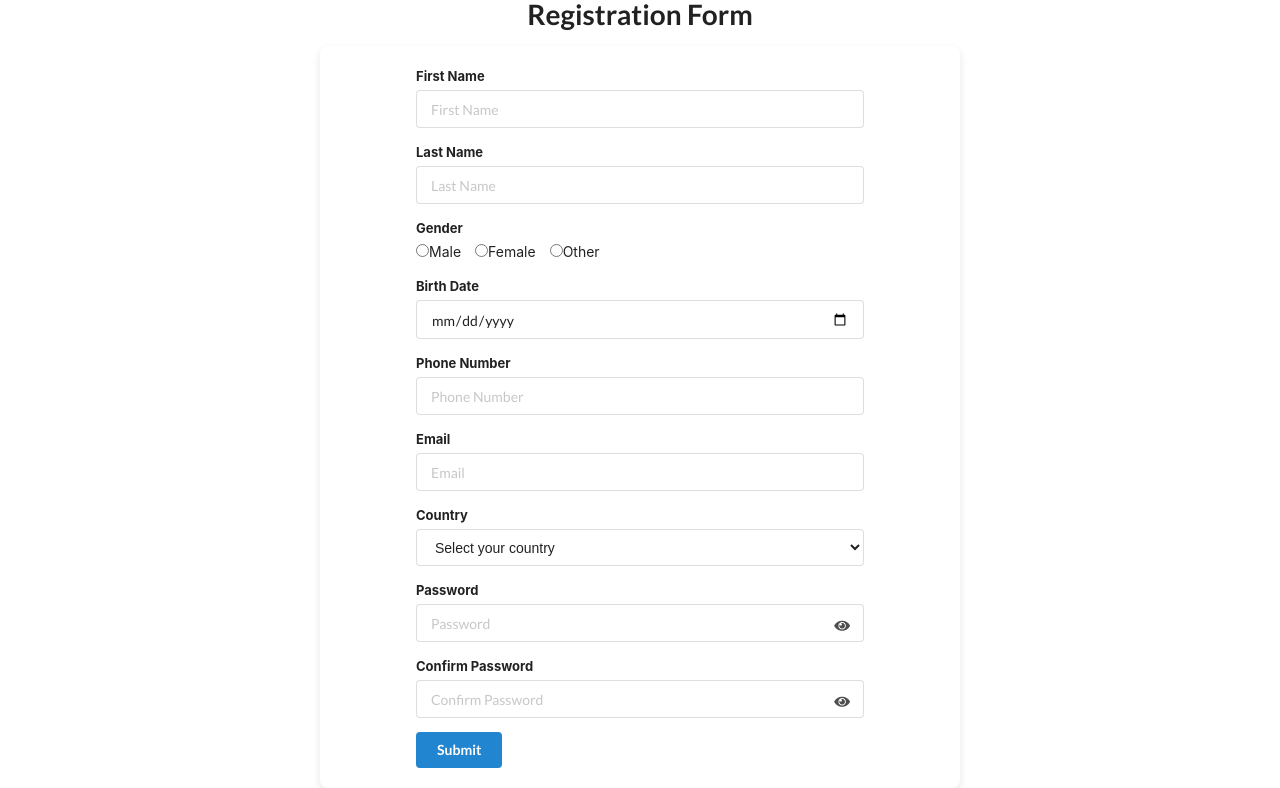
Repository: Wahid137/registration-form
Page: /
An editor plug-in stored every save of this project. The page is shown before and after the next save, followed by the edit.
The browser window is 1280 px wide. The pictures show the whole page.
The project was rebuilt for these pictures with package versions that can differ from the ones it lists, and the page was loaded fresh each time. Also part of the build but not shown: src/App.css.

Above is the page before, as saved 2024-05-01 14:34:14.

### src/index.js
import React from 'react';
import ReactDOM from 'react-dom/client';
import 'semantic-ui-css/semantic.min.css';
import App from './App';
import './index.css';
import reportWebVitals from './reportWebVitals';

const root = ReactDOM.createRoot(document.getElementById('root'));
root.render(
  <React.StrictMode>
    <App />
  </React.StrictMode>
);

// If you want to start measuring performance in your app, pass a function
// to log results (for example: reportWebVitals(console.log))
// or send to an analytics endpoint. Learn more: https://bit.ly/CRA-vitals
reportWebVitals();

### src/App.js
import { Header } from 'semantic-ui-react';
import './App.css';
import Register from './components/Register';

function App() {
  return (
    <div className="App">
      <Header as='h1' textAlign='center'>
        Registration Form
      </Header>
      <Register />
    </div>
  );
}

export default App;

### src/components/Register.js
import Joi from "joi";
import moment from "moment";
import React, { useState } from "react";
import { useForm } from "react-hook-form";
import { Button, Container, Form, FormField, Icon } from "semantic-ui-react";
import { countryOptions } from "../utils/country";

const Register = () => {
    const [showPassword, setShowPassword] = useState(false);
    const [showConfirmPassword, setShowConfirmPassword] = useState(false);
    const togglePasswordVisibility = () => setShowPassword(!showPassword);
    const toggleConfirmPasswordVisibility = () => setShowConfirmPassword(!showConfirmPassword);

    const { register, handleSubmit, reset, watch } = useForm();
    const password = watch("password", "");

    const [formErrors, setFormErrors] = useState({});

    const minBirthDate = moment().subtract(18, "years").format("YYYY-MM-DD");
    const nameRegex = /^[A-Za-z\s]+$/;
    const phoneRegex = /^[0-9]{10}$/;
    const passwordRegex = /^(?=.*[a-z])(?=.*[A-Z])(?=.*\d)[a-zA-Z\d]{3,30}$/;

    const schema = Joi.object({
        firstName: Joi.string().min(2).max(20).pattern(nameRegex).required().messages({
            "string.base": "First name must be a string",
            "string.empty": "Please enter your first name",
            "string.min": "First name must have at least {#limit} characters",
            "string.max": "First name cannot exceed {#limit} characters",
            "string.pattern.base": "First name must contain only alphabets and spaces",
            "any.required": "First name is required",
        }),
        lastName: Joi.string().min(2).max(20).pattern(nameRegex).required().messages({
            "string.base": "Last name must be a string",
            "string.empty": "Please enter your last name",
            "string.min": "Last name must have at least {#limit} characters",
            "string.max": "Last name cannot exceed {#limit} characters",
            "string.pattern.base": "Last name must contain only alphabets and spaces",
            "any.required": "Last name is required",
        }),
        gender: Joi.string().valid('male', 'female', 'other').required().messages({
            "any.required": "Gender is required",
            "any.only": "Please select a valid gender",
        }),
        birthDate: Joi.date()
            .max(minBirthDate)
            .required()
            .messages({
                "date.base": "Please enter a valid date",
                "date.max": "You must be at least 18 years old",
                "any.required": "Birth date is required",
            }),
        phoneNumber: Joi.string().pattern(phoneRegex).required().messages({
            "string.base": "Phone number must be a string",
            "string.empty": "Please enter your phone number",
            "string.pattern.base": "Phone number must be exactly 10 digits",
            "any.required": "Phone number is required",
        }),
        email: Joi.string().email({ tlds: { allow: false } }).required().messages({
            "string.base": "Email must be a string",
            "string.empty": "Please enter your email",
            "string.email": "Please enter a valid email address",
            "any.required": "Email is required",
        }),
        password: Joi.string().pattern(passwordRegex).required().messages({
            "string.base": "Password must be a string",
            "string.empty": "Please enter your password",
            "string.pattern.base": "Password must be 3 to 30 characters long and contain at least one lowercase letter, one uppercase letter, and one digit",
            "any.required": "Password is required",
        }),
        confirmPassword: Joi.string().valid(password).required().messages({
            "any.required": "Confirm password is required",
            "any.only": "Passwords do not match",
        }),
        country: Joi.string().required().messages({
            "any.required": "Please select a country",
        }),
    });

    const getPasswordErrorMessage = (value) => {
        if (value.length < 3 || value.length > 30) {
            return "Password must be 3 to 30 characters long";
        }
        if (!/[a-z]/.test(value)) {
            return "Password must contain at least one lowercase letter";
        }
        if (!/[A-Z]/.test(value)) {
            return "Password must contain at least one uppercase letter";
        }
        if (!/[0-9]/.test(value)) {
            return "Password must contain at least one digit";
        }
        return "";
    };

    const onSubmit = (data) => {
        const { error } = schema.validate(data, { abortEarly: false });
        if (error) {
            const errorMessage = {};
            error.details.forEach((detail) => {
                errorMessage[detail.path[0]] = detail.message;
            });
            if (data.password) {
                errorMessage.password = getPasswordErrorMessage(data.password);
            }
            setFormErrors(errorMessage);
            return;
        }
        console.log(data);
        reset();
        setFormErrors({});
    };

    return (
        <Container
            style={{
                paddingTop: "20px",
                paddingBottom: "20px",
                display: "flex",
                width: "50%",
                justifyContent: "center",
                boxShadow: "0 4px 8px rgba(0,0,0,0.1)",
                borderRadius: "8px",
            }}
        >

            <Form style={{ width: "70%" }} onSubmit={handleSubmit(onSubmit)}>
                <div style={{ marginBottom: "1rem" }}>
                    <FormField error={formErrors.firstName !== undefined}>
                        <label>First Name</label>
                        <input
                            placeholder="First Name"
                            {...register("firstName")}
                            className={formErrors.firstName ? "error" : ""}
                        />
                        {formErrors.firstName && (
                            <div className="ui pointing red basic label">
                                {formErrors.firstName}
                            </div>
                        )}
                    </FormField>
                </div>
                <div style={{ marginBottom: "1rem" }}>
                    <FormField error={formErrors.lastName !== undefined}>
                        <label>Last Name</label>
                        <input
                            placeholder="Last Name"
                            {...register("lastName")}
                            className={formErrors.lastName ? "error" : ""}
                        />
                        {formErrors.lastName && (
                            <div className="ui pointing red basic label">
                                {formErrors.lastName}
                            </div>
                        )}
                    </FormField>
                </div>
                <div style={{ marginBottom: "1rem" }}>
                    <FormField>
                        <label>Gender</label>
                        <div style={{ display: "flex", flexDirection: "row" }}>
                            <div style={{ marginRight: "1rem" }}>
                                <input type="radio" id="male" {...register("gender")} value="male" />
                                <label htmlFor="male">Male</label>
                            </div>
                            <div style={{ marginRight: "1rem" }}>
                                <input type="radio" id="female" {...register("gender")} value="female" />
                                <label htmlFor="female">Female</label>
                            </div>
                            <div>
                                <input type="radio" id="other" {...register("gender")} value="other" />
                                <label htmlFor="other">Other</label>
                            </div>
                        </div>
                        {formErrors.gender && (
                            <div className="ui pointing red basic label">
                                {formErrors.gender}
                            </div>
                        )}
                    </FormField>
                </div>
                <div style={{ marginBottom: "1rem" }}>
                    <FormField error={formErrors.birthDate !== undefined}>
                        <label>Birth Date</label>
                        <input
                            type="date"
                            name="birthDate"
                            {...register("birthDate")}
                            className={formErrors.birthDate ? "error" : ""}
                        />
                        {formErrors.birthDate && (
                            <div className="ui pointing red basic label">
                                {formErrors.birthDate}
                            </div>
                        )}
                    </FormField>
                </div>
                <div style={{ marginBottom: "1rem" }}>
                    <FormField error={formErrors.phoneNumber !== undefined}>
                        <label>Phone Number</label>
                        <input
                            placeholder="Phone Number"
                            {...register("phoneNumber")}
                            className={formErrors.phoneNumber ? "error" : ""}
                        />
                        {formErrors.phoneNumber && (
                            <div className="ui pointing red basic label">
                                {formErrors.phoneNumber}
                            </div>
                        )}
                    </FormField>
                </div>
                <div style={{ marginBottom: "1rem" }}>
                    <FormField error={formErrors.email !== undefined}>
                        <label>Email</label>
                        <input
                            placeholder="Email"
                            {...register("email")}
                            className={formErrors.email ? "error" : ""}
                        />
                        {formErrors.email && (
                            <div className="ui pointing red basic label">
                                {formErrors.email}
                            </div>
                        )}
                    </FormField>
                </div>
                <div style={{ marginBottom: "1rem" }}>
                    <FormField error={formErrors.country !== undefined}>
                        <label>Country</label>
                        <select {...register("country")} className={formErrors.country ? "error" : ""}>
                            <option value="">Select your country</option>
                            {
                                countryOptions?.map((country) => <option key={country?.key} value={country?.value}>{country?.text}</option>)
                            }
                        </select>
                        {formErrors.country && (
                            <div className="ui pointing red basic label">
                                {formErrors.country}
                            </div>
                        )}
                    </FormField>
                </div>
                <div style={{ marginBottom: "1rem" }}>
                    <FormField error={formErrors.password !== undefined}>
                        <label>Password</label>
                        <div className="ui input">
                            <input
                                type={showPassword ? "text" : "password"}
                                placeholder="Password"
                                {...register("password")}
                                className={formErrors.password ? "error" : ""}
                            />
                            <Icon
                                name={showPassword ? "eye slash" : "eye"}
                                link
                                onClick={togglePasswordVisibility}
                                style={{ cursor: "pointer", position: "absolute", right: "10px", top: "50%", transform: "translateY(-50%)" }}
                            />
                        </div>
                        {formErrors.password && (
                            <div className="ui pointing red basic label">
                                {formErrors.password}
                            </div>
                        )}
                    </FormField>
                </div>
                <div style={{ marginBottom: "1rem" }}>
                    <FormField error={formErrors.confirmPassword !== undefined}>
                        <label>Confirm Password</label>
                        <div className="ui input">
                            <input
                                type={showConfirmPassword ? "text" : "password"}
                                placeholder="Confirm Password"
                                {...register("confirmPassword")}
                                className={formErrors.confirmPassword ? "error" : ""}
                            />
                            <Icon
                                name={showConfirmPassword ? "eye slash" : "eye"}
                                link
                                onClick={toggleConfirmPasswordVisibility}
                                style={{ cursor: "pointer", position: "absolute", right: "10px", top: "50%", transform: "translateY(-50%)" }}
                            />
                        </div>
                        {formErrors.confirmPassword && (
                            <div className="ui pointing red basic label">
                                {formErrors.confirmPassword}
                            </div>
                        )}
                    </FormField>
                </div>
                <Button type="submit" color="blue">
                    Submit
                </Button>
            </Form>
        </Container>
    );
};

export default Register;

### src/utils/country.js
export const countryOptions = [
    { key: 'af', value: 'af', text: 'Afghanistan' },
    { key: 'ax', value: 'ax', text: 'Aland Islands' },
    { key: 'al', value: 'al', text: 'Albania' },
    { key: 'dz', value: 'dz', text: 'Algeria' },
    { key: 'as', value: 'as', text: 'American Samoa' },
    { key: 'ad', value: 'ad', text: 'Andorra' },
    { key: 'ao', value: 'ao', text: 'Angola' },
    { key: 'ai', value: 'ai', text: 'Anguilla' },
    { key: 'ag', value: 'ag', text: 'Antigua' },
    { key: 'ar', value: 'ar', text: 'Argentina' },
    { key: 'am', value: 'am', text: 'Armenia' },
    { key: 'aw', value: 'aw', text: 'Aruba' },
    { key: 'au', value: 'au', text: 'Australia' },
    { key: 'at', value: 'at', text: 'Austria' },
    { key: 'az', value: 'az', text: 'Azerbaijan' },
    { key: 'bs', value: 'bs', text: 'Bahamas' },
    { key: 'bh', value: 'bh', text: 'Bahrain' },
    { key: 'bd', value: 'bd', text: 'Bangladesh' },
    { key: 'bb', value: 'bb', text: 'Barbados' },
    { key: 'by', value: 'by', text: 'Belarus' },
    { key: 'be', value: 'be', text: 'Belgium' },
    { key: 'bz', value: 'bz', text: 'Belize' },
    { key: 'bj', value: 'bj', text: 'Benin' },
]

Loaded but not shown: public/index.html (common file); src/index.css (common file); src/reportWebVitals.js (common file)

After the next save:
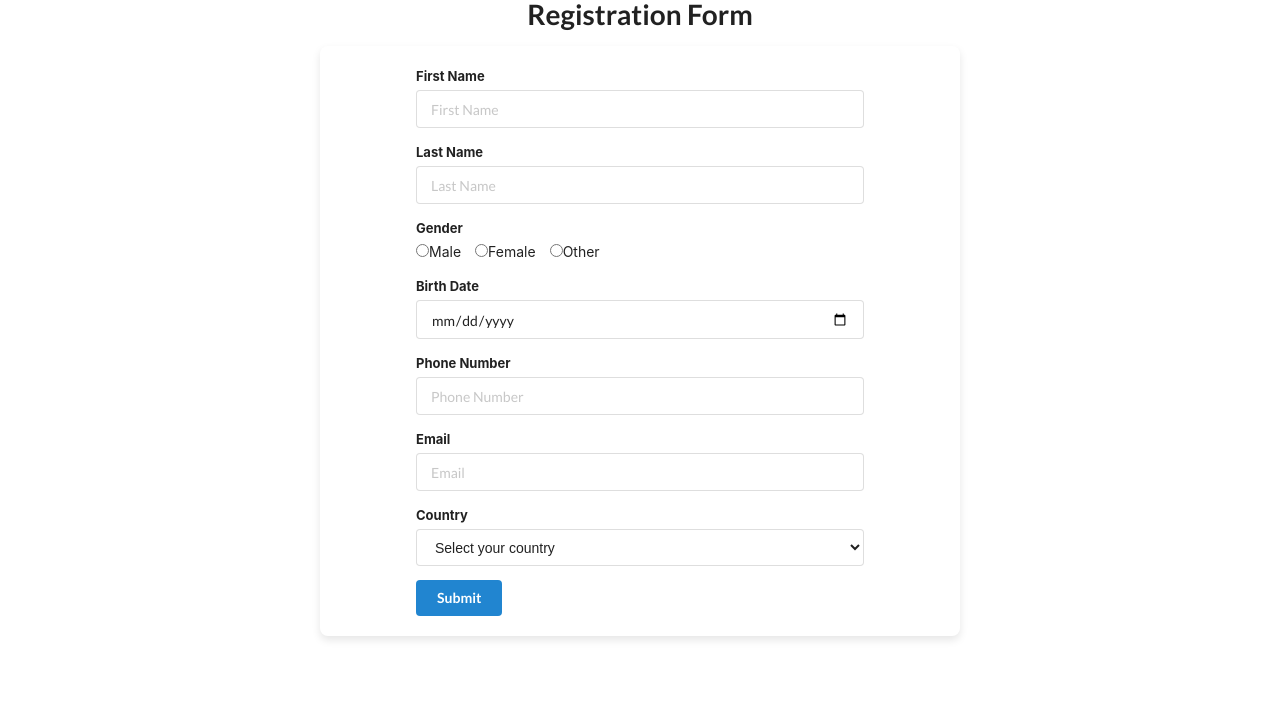
Saved 2 min 53 s later.
--- a/src/components/Register.js
+++ b/src/components/Register.js
@@ -2,7 +2,7 @@ import Joi from "joi";
 import moment from "moment";
 import React, { useState } from "react";
 import { useForm } from "react-hook-form";
-import { Button, Container, Form, FormField, Icon } from "semantic-ui-react";
+import { Button, Container, Form, FormField } from "semantic-ui-react";
 import { countryOptions } from "../utils/country";
 
 const Register = () => {
@@ -241,7 +241,7 @@ const Register = () => {
                         )}
                     </FormField>
                 </div>
-                <div style={{ marginBottom: "1rem" }}>
+                {/*     <div style={{ marginBottom: "1rem" }}>
                     <FormField error={formErrors.password !== undefined}>
                         <label>Password</label>
                         <div className="ui input">
@@ -288,7 +288,7 @@ const Register = () => {
                             </div>
                         )}
                     </FormField>
-                </div>
+                </div> */}
                 <Button type="submit" color="blue">
                     Submit
                 </Button>
